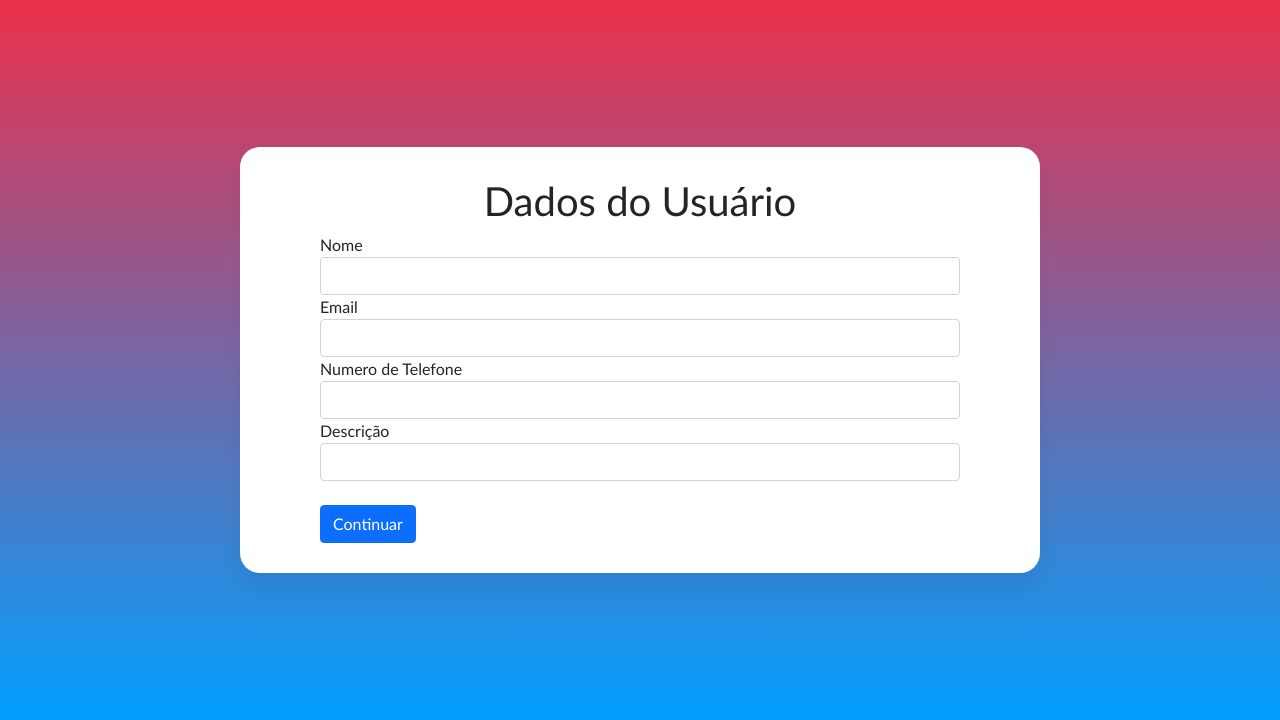
Repository: DeanLemosXD/ReactJS-3steps-form
Page: /
These files come from the project's save history. The page is drawn as it stood at one moment and after the next save; the edit follows.
The browser window is 1280 px wide. The pictures show the whole page.
The project was rebuilt for these pictures with package versions that can differ from the ones it lists, and the page was loaded fresh each time. Also part of the build but not shown: src/components/OtherData.js.

Above is the page before, as saved 2021-10-26 17:42:27.

### src/App.js
import React from 'react';
import './App.css';
import Form from './components/Form.js';

function App() {
  return (
    <div className="App">
      <div className="container">
     <Form />
      </div>

    </div>
  );
}

export default App;

### src/App.css
.App {
  display: flex;
  justify-content: center;
  align-items: center;
  flex-direction: column;
  height: 100vh;
  background: #009FFF;  /* fallback for old browsers */
  background: -webkit-linear-gradient(to bottom, #ec2F4B, #009FFF);  /* Chrome 10-25, Safari 5.1-6 */
  background: linear-gradient(to bottom, #ec2F4B, #009FFF); /* W3C, IE 10+/ Edge, Firefox 16+, Chrome 26+, Opera 12+, Safari 7+ */





}

.form-container {
  font-family:'Trebuchet MS', 'Lucida Sans Unicode', 'Lucida Grande', 'Lucida Sans', Arial, sans-serif;
  background: #fff;
  border-radius: 20px;
  padding: 30px 80px;
  max-width: 800px;
  margin: 0 auto;
  box-shadow: 0 15px 16px .17px rgba(0,0,0,0.05);
}

h1 {
  text-align: center;
}

### src/components/Form.js
import React, { Component } from 'react'
import AccountSetup from './AccountSetup';
import OtherData from './OtherData';
import Confirm from './Confirm';

export class form extends Component {
    state = {
        step: 1,
        name: '',
        email: '',
        phone: '',
        description: '',
        workplace: '',
        DOC: '',
        linkedin: '',

    };

    nextStep = () => {
        const { step } = this.state;
        this.setState({step: step + 1});
    };

    prevStep = () => {
        const { step } = this.state;
        this.setState({step: step - 1});
    }

    inputChange = input => e => {
        this.setState({
            [input]: e.target.value
        })
    };

    render() {
        const { step } = this.state;
        const { name, email, phone, description, workplace, DOC, linkedin } = this.state;
        const values = { name, email, phone, description, workplace, DOC, linkedin };

        // eslint-disable-next-line default-case
        switch(step) {
            case 1:
                return (
                    <AccountSetup
                    nextStep={this.nextStep}
                    inputChange={this.inputChange}
                    values={values}
                    />
                );
                case 2:
                    return (
                        <OtherData
                        nextStep={this.nextStep}
                        prevStep={this.prevStep}
                        inputChange={this.inputChange}
                        values={values}
                         />
                    );
                    case 3:
                        return (
                            <Confirm
                            nextStep={this.nextStep}
                            prevStep={this.prevStep}
                            inputChange={this.inputChange}
                            values={values}
                            />
                        );
        }
    }
}

export default form

### src/components/AccountSetup.js
import React, { Component } from 'react'

export class AccountSetup extends Component {
    continue = e => {
        e.preventDefault();
        this.props.nextStep();
    };

    render() {
        const { values, inputChange } = this.props;

        return (
            <div className="form-container">
                <h1 className="mb-S">Dados do Usuário</h1>
                <div className="form-group">
                    <label htmlFor="name">Nome</label>
                    <input type="text" className="form-control" name="name" onChange={inputChange('name')} value={values.name} />
                </div>
                <div className="form-group">
                    <label htmlFor="email">Email</label>
                    <input type="text" className="form-control" name="email" onChange={inputChange('email')} value={values.email} />
                </div>
                <div className="form-group">
                    <label htmlFor="phone">Numero de Telefone</label>
                    <input type="text" className="form-control" name="phone" onChange={inputChange('phone')} value={values.phone} />
                </div>
                <div className="form-group">
                    <label htmlFor="description">Descrição</label>
                    <input type="text" className="form-control" name="description" onChange={inputChange('description')} value={values.description} />
                </div>

                <br />

            <div className="text-right">
                <button className="btn btn-primary" onClick={this.continue}>Continuar</button>
            </div>
            </div>
        )
    }
}

export default AccountSetup

Loaded but not shown: public/index.html (common file); src/index.js (common file); src/index.css (common file); src/reportWebVitals.js (common file); src/components/Confirm.js (no stored copy; drawn as an empty file)

After the next save:
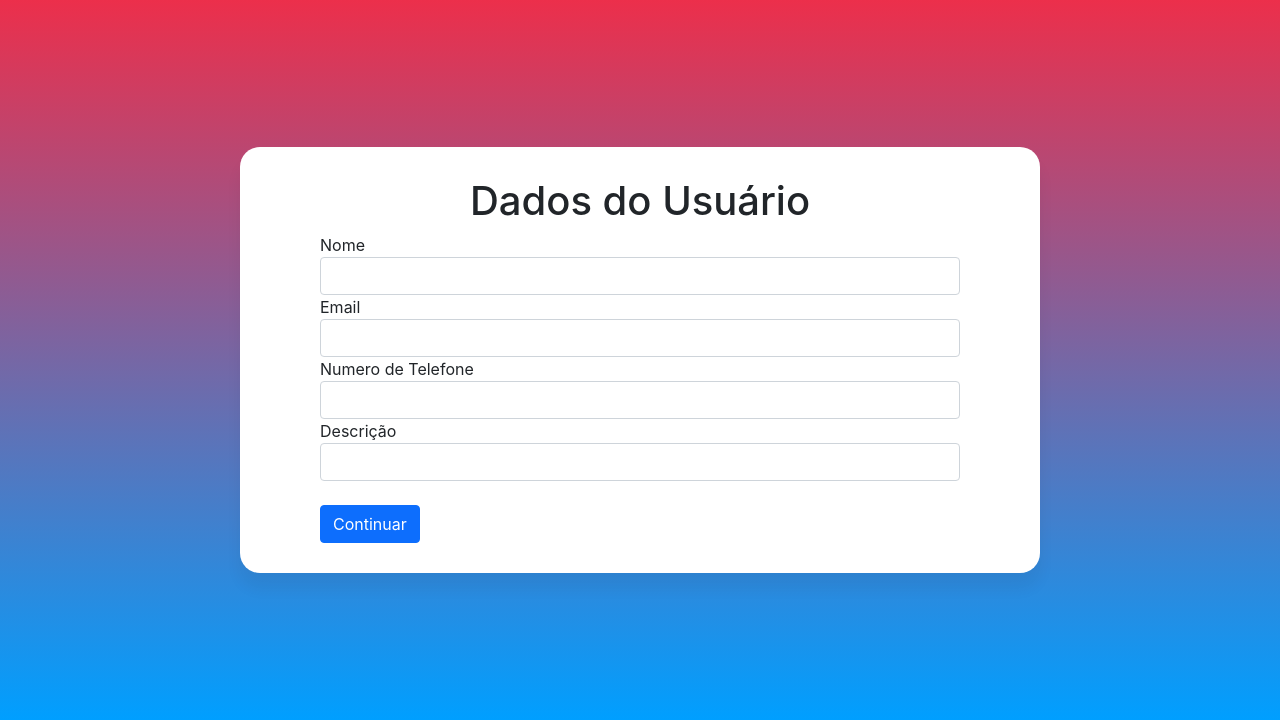
Saved 43 s later.
--- a/src/App.css
+++ b/src/App.css
@@ -15,7 +15,7 @@
 }
 
 .form-container {
-  font-family:'Trebuchet MS', 'Lucida Sans Unicode', 'Lucida Grande', 'Lucida Sans', Arial, sans-serif;
+
   background: #fff;
   border-radius: 20px;
   padding: 30px 80px;

After the save that followed:
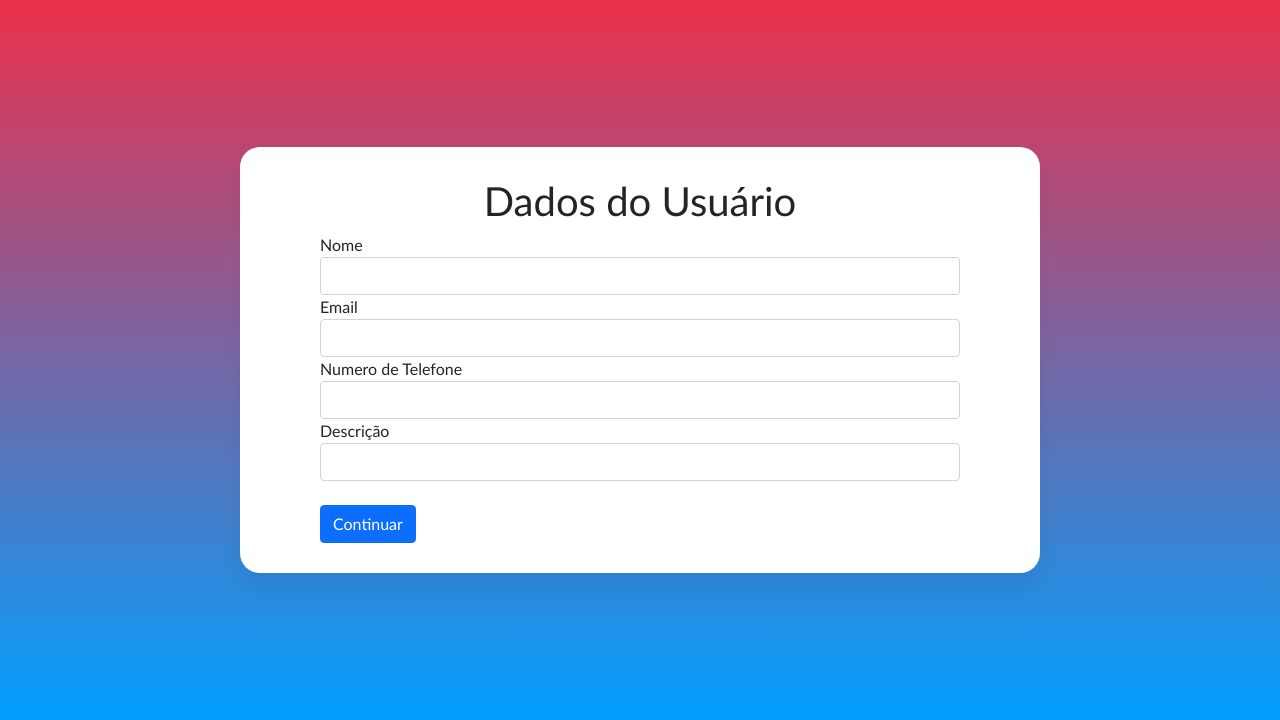
Saved 25 s later.
--- a/src/App.css
+++ b/src/App.css
@@ -15,7 +15,7 @@
 }
 
 .form-container {
-
+  font-family:'Trebuchet MS', 'Lucida Sans Unicode', 'Lucida Grande', 'Lucida Sans', Arial, sans-serif;
   background: #fff;
   border-radius: 20px;
   padding: 30px 80px;
